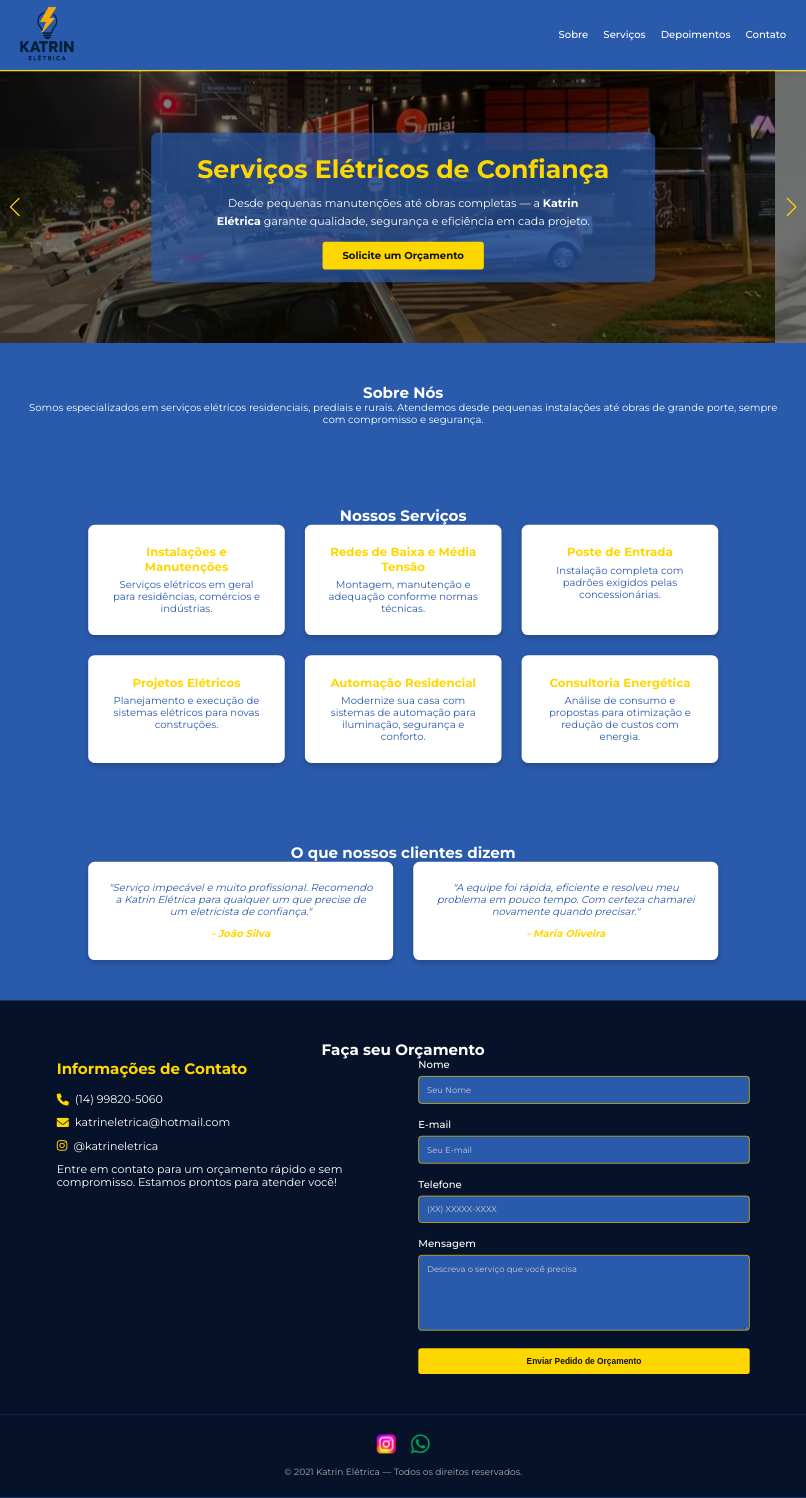
Repository: Jvcamargo1/katrin-site
Page: index.html
An editor plug-in stored every save of this project. The page is shown before and after the next save, followed by the edit.
The browser window is 1280 px wide. The pictures show the whole page, at 63% of full size.

Above is the page before, as saved 2025-11-06 21:30:45.

### index.html
<!DOCTYPE html>
<html lang="pt-BR">
<head>
  <meta charset="UTF-8" />
  <meta name="viewport" content="width=device-width, initial-scale=1.0" />
  <title>Katrin Elétrica | Serviços Elétricos em Geral</title>
  <link rel="stylesheet" href="style.css">
  <link rel="stylesheet" href="https://cdnjs.cloudflare.com/ajax/libs/font-awesome/6.0.0-beta3/css/all.min.css">
  <!-- 1. Adicionar o CSS do Swiper.js -->
  <link rel="stylesheet" href="https://cdn.jsdelivr.net/npm/swiper@11/swiper-bundle.min.css" />
</head>
<body>
  <header>
    <div class="logo">
      <img src="logoke.png" alt="Logo Katrin Elétrica" />
    </div>
    <button class="menu-toggle" id="menu-toggle" aria-label="Abrir menu">
      <span class="bar"></span>
      <span class="bar"></span>
      <span class="bar"></span>
    </button>
    <nav id="nav">
      <a href="#sobre">Sobre</a>
      <a href="#servicos">Serviços</a>
      <a href="#depoimentos">Depoimentos</a>
      <a href="#contato">Contato</a>
    </nav>
  </header>

  <main>
    <section id="hero">
      <!-- Estrutura do Carrossel -->
      <div class="swiper hero-carousel">
        <div class="swiper-wrapper">
          <!-- Slides com imagens de exemplo (substitua pelas suas) -->
          <div class="swiper-slide"><img src="servico-1.jpg" alt="Instalação de quadro elétrico"></div>
          <div class="swiper-slide"><img src="servico-2.jpg" alt="Manutenção em rede de média tensão"></div>
          <div class="swiper-slide"><img src="servico-3.jpg" alt="Projeto de automação residencial"></div>
        </div>
        <!-- Botões de navegação -->
        <div class="swiper-button-next"></div>
        <div class="swiper-button-prev"></div>
      </div>
      <!-- Conteúdo sobreposto -->
      <div class="hero-content">
        <h2>Serviços Elétricos de Confiança</h2>
        <p>Desde pequenas manutenções até obras completas — a <strong>Katrin Elétrica</strong> garante qualidade, segurança e eficiência em cada projeto.</p>
        <a href="#contato" class="cta-button">Solicite um Orçamento</a>
      </div>
    </section>

    <section id="sobre">
      <h2>Sobre Nós</h2>
      <p>Somos especializados em serviços elétricos residenciais, prediais e rurais. Atendemos desde pequenas instalações até obras de grande porte, sempre com compromisso e segurança.</p>
    </section>

    <section id="servicos">
      <h2>Nossos Serviços</h2>
      <div class="servicos ">
        <div class="card hidden">
          <h3>Instalações e Manutenções</h3>
          <p>Serviços elétricos em geral para residências, comércios e indústrias.</p>
        </div>
        <div class="card hidden">
          <h3>Redes de Baixa e Média Tensão</h3>
          <p>Montagem, manutenção e adequação conforme normas técnicas.</p>
        </div>
        <div class="card hidden">
          <h3>Poste de Entrada</h3>
          <p>Instalação completa com padrões exigidos pelas concessionárias.</p>
        </div>
        <div class="card hidden">
          <h3>Projetos Elétricos</h3>
          <p>Planejamento e execução de sistemas elétricos para novas construções.</p>
        </div>
        <div class="card hidden">
          <h3>Automação Residencial</h3>
          <p>Modernize sua casa com sistemas de automação para iluminação, segurança e conforto.</p>
        </div>
        <div class="card hidden">
          <h3>Consultoria Energética</h3>
          <p>Análise de consumo e propostas para otimização e redução de custos com energia.</p>
        </div>
      </div>
    </section>

    <section id="depoimentos">
      <h2>O que nossos clientes dizem</h2>
      <div class="depoimentos">
        <div class="depoimento-card hidden">
          <p>"Serviço impecável e muito profissional. Recomendo a Katrin Elétrica para qualquer um que precise de um eletricista de confiança."</p>
          <p class="autor">- João Silva</p>
        </div>
        <div class="depoimento-card hidden">
          <p>"A equipe foi rápida, eficiente e resolveu meu problema em pouco tempo. Com certeza chamarei novamente quando precisar."</p>
          <p class="autor">- Maria Oliveira</p>
        </div>
      </div>
    </section>

    <section id="contato">
      <h2>Faça seu Orçamento</h2>
      <div class="contato-wrapper">
        <div class="contato-info">
          <h3>Informações de Contato</h3>
          <p><i class="fas fa-phone"></i> <a href="https://wa.me/5514998205060" target="_blank">(14) 99820-5060</a></p>
          <p><i class="fas fa-envelope"></i> <a href="mailto:katrineletrica@hotmail.com">katrineletrica@hotmail.com</a></p>
          <p><i class="fab fa-instagram"></i> <a href="https://instagram.com/katrineletrica" target="_blank">@katrineletrica</a></p>
          <p>Entre em contato para um orçamento rápido e sem compromisso. Estamos prontos para atender você!</p>
        </div>
        <div class="contato-form-wrapper">
          <form class="contato-form" id="contact-form">
            <div class="form-group">
              <label for="nome">Nome</label>
              <input type="text" id="nome" name="nome" placeholder="Seu Nome" required>
            </div>
            <div class="form-group">
              <label for="email">E-mail</label>
              <input type="email" id="email" name="email" placeholder="Seu E-mail" required>
            </div>
            <div class="form-group">
              <label for="telefone">Telefone</label>
              <input type="tel" id="telefone" name="telefone" placeholder="(XX) XXXXX-XXXX">
            </div>
            <div class="form-group">
              <label for="mensagem">Mensagem</label>
              <textarea id="mensagem" name="mensagem" placeholder="Descreva o serviço que você precisa" required></textarea>
            </div>
            <button type="submit" class="cta-button">Enviar Pedido de Orçamento</button>
          </form>
          <p id="form-message"></p>
        </div>
      </div>
    </section>
  </main>

  <footer>
    <div class="social-links">
      <a href="https://instagram.com/katrineletrica" target="_blank"><img src="instalogo.png" alt="Instagram" class="social-icon"></a>
      <a href="https://wa.me/5514998205060" target="_blank"><img src="wpplogov.png" alt="WhatsApp" class="social-icon"></a>
    </div>
    <p id="footer-year">© 2025 Katrin Elétrica — Todos os direitos reservados.</p>
  </footer>

  <!-- 2. Adicionar o JavaScript do Swiper.js -->
  <script src="https://cdn.jsdelivr.net/npm/swiper@11/swiper-bundle.min.js"></script>

  <script>
    const toggle = document.getElementById("menu-toggle");
    const nav = document.getElementById("nav");
    toggle.addEventListener("click", () => nav.classList.toggle("active"));

    const contactForm = document.getElementById('contact-form');
    const formMessage = document.getElementById('form-message');
    const submitButton = contactForm.querySelector('button[type="submit"]');

    contactForm.addEventListener('submit', function (e) {
      e.preventDefault();

      const formData = new FormData(this);
      const data = {
        nome: formData.get('nome'),
        email: formData.get('email'),
        telefone: formData.get('telefone'),
        mensagem: formData.get('mensagem'),
      };

      // Mostra a mensagem de "Enviando..." e desabilita o botão
      formMessage.textContent = 'Enviando...';
      formMessage.style.color = 'var(--amarelo)';
      submitButton.disabled = true;

      // Simula um tempo de espera de 1.5 segundos (como se estivesse enviando)
      setTimeout(() => {
        // Exibe a mensagem de sucesso
        formMessage.textContent = 'Mensagem enviada com sucesso!';
        formMessage.style.color = 'lightgreen';

        // Limpa os campos do formulário
        contactForm.reset();

        // Reabilita o botão após o "envio"
        submitButton.disabled = false;

        // Opcional: faz a mensagem de sucesso desaparecer após 5 segundos
        setTimeout(() => {
          formMessage.textContent = '';
        }, 5000);
      }, 1500);
    });

    // Script para animação de entrada
    const observer = new IntersectionObserver((entries) => {
      entries.forEach((entry) => {
        if (entry.isIntersecting) {
          entry.target.classList.add('visible');
        }
      });
    });

    const hiddenElements = document.querySelectorAll('.hidden');
    hiddenElements.forEach((el) => observer.observe(el));

    // Script para atualizar o ano do rodapé automaticamente
    document.getElementById('footer-year').textContent = `© ${new Date().getFullYear()} Katrin Elétrica — Todos os direitos reservados.`;

    // 3. Inicializar o Swiper.js
    const swiper = new Swiper('.hero-carousel', {
      loop: true, // Faz o carrossel girar em loop
      autoplay: {
        delay: 5000, // Muda de imagem a cada 5 segundos
        disableOnInteraction: false,
      },
      navigation: {
        nextEl: '.swiper-button-next',
        prevEl: '.swiper-button-prev',
      },
    });
  </script>
</body>
</html>

### style.css
@import url('https://fonts.googleapis.com/css2?family=Montserrat:wght@400;500;700&display=swap');

:root {
  --azul: #2a5aab;
  --amarelo: #ffd700;
  --branco: #ffffff;
  --preto: #121212;
}

* { box-sizing: border-box; margin: 0; padding: 0; }

body {
  font-family: 'Montserrat', sans-serif;
  background-color: var(--azul);
  color: var(--branco);
  scroll-behavior: smooth;
}

header {
  display: flex;
  justify-content: space-between;
  align-items: center;
  padding: 0.7rem 2rem;
  background-color: var(--azul);
  border-bottom: 2px solid var(--amarelo);
  position: sticky;
  top: 0;
  box-shadow: 0 2px 10px rgba(0, 0, 0, 0.2);
  z-index: 10;
}

.logo img {
  height: 85px;
  width: auto;
}

nav {
  display: flex;
  align-items: center;
}

nav a {
  color: var(--branco);
  text-decoration: none;
  margin-left: 1.5rem;
  font-weight: 500;
  transition: 0.3s;
}

nav a:hover {
  color: var(--amarelo);
}

.menu-toggle {
  display: none;
  flex-direction: column;
  cursor: pointer;
}

.menu-toggle div {
  width: 25px;
  height: 3px;
  background: var(--amarelo);
  margin: 4px 0;
  transition: 0.3s;
}

@media (max-width: 768px) {
  nav {
    display: none;
    flex-direction: column;
    position: absolute;
    top: 70px;
    right: 0;
    width: 100%;
    background: var(--azul);
    text-align: center;
    padding: 1rem 0;
    border-top: 1px solid var(--amarelo);
  }

  nav.active { display: flex; }

  .menu-toggle { display: flex; }

  nav a { margin: 1rem 0; font-size: 1.1rem; }
}

section { padding: 4rem 2rem; text-align: center; }

#hero {
  position: relative; /* Essencial para o conteúdo sobreposto */
  padding: 0; /* Removemos o padding para o carrossel ocupar tudo */
  height: 60vh; /* Altura da seção hero, ajuste conforme preferir */
  display: flex;
  align-items: center;
  justify-content: center;
  color: var(--branco);
}

.hero-carousel {
  position: absolute;
  top: 0;
  left: 0;
  width: 100%;
  height: 100%;
}

.hero-carousel .swiper-slide img {
  width: 100%;
  height: 100%;
  object-fit: cover; /* Garante que a imagem cubra o slide sem distorcer */
}

/* Adiciona uma sobreposição escura para melhorar a legibilidade do texto */
.hero-carousel::after {
  content: '';
  position: absolute;
  top: 0;
  left: 0;
  width: 100%;
  height: 100%;
  background-color: rgba(0, 0, 0, 0.5); /* Sobreposição preta com 50% de opacidade */
  z-index: 1;
}

.hero-content {
  position: relative; /* Fica acima do carrossel */
  z-index: 2;
  text-align: center;
  padding: 2rem;
  background-color: rgba(42, 90, 171, 0.7); /* Fundo semi-transparente para legibilidade */
  border-radius: 10px;
  max-width: 90%;
  /* Centraliza o conteúdo verticalmente e horizontalmente */
  position: absolute;
  top: 50%;
  left: 50%;
  transform: translate(-50%, -50%);
  width: 90%; /* Garante que não toque as bordas em telas pequenas */
  max-width: 800px; /* Limita a largura do texto para melhor leitura */
}

.hero-content h2 {
  font-size: 2.5rem;
  color: var(--amarelo);
  font-weight: 700;
}

.hero-content p {
  max-width: 600px;
  margin: 1rem auto 2rem;
  font-size: 1.1rem;
  line-height: 1.6;
}

.cta-button {
  background-color: var(--amarelo);
  color: var(--preto);
  padding: 0.8rem 2rem;
  border-radius: 5px;
  text-decoration: none;
  font-weight: 700;
  transition: background-color 0.3s;
}

.cta-button:hover {
  background-color: #ffed4a;
}

/* Estilizando as setas de navegação do Swiper */
.swiper-button-next, .swiper-button-prev {
  color: var(--amarelo) !important;
}
.swiper-button-next:after, .swiper-button-prev:after {
  font-size: 30px !important;
}

.servicos, .depoimentos {
  display: grid;
  grid-template-columns: repeat(auto-fit, minmax(250px, 1fr));
  gap: 2rem;
  max-width: 1000px;
  margin: auto;
}

.card, .depoimento-card {
  background-color: var(--branco);
  color: var(--azul);
  border-radius: 10px;
  padding: 2rem;
  box-shadow: 0 4px 8px rgba(0,0,0,0.2);
  transition: transform 0.3s;
}

.card:hover, .depoimento-card:hover {
  transform: translateY(-10px);
}

.card h3 {
  color: var(--amarelo);
  margin-bottom: 0.5rem;
}

.depoimento-card p {
  font-style: italic;
}

.depoimento-card .autor {
  margin-top: 1rem;
  font-weight: 700;
  color: var(--amarelo);
}

#contato p, #contato a {
  color: var(--branco);
  font-size: 1.1rem;
  text-decoration: none;
}

#contato a:hover { color: var(--amarelo); }

footer {
  background-color: #061229;
  padding: 2rem 1rem;
  text-align: center;
  color: #aaa;
  font-size: 0.9rem;
}

#contato {
  background-color: #061229;
}

.contato-wrapper {
  display: flex;
  gap: 3rem;
  max-width: 1100px;
  margin: auto;
  align-items: flex-start;
}

.contato-info,
.contato-form-wrapper {
  flex: 1;
  text-align: left;
}

.contato-info h3 {
  color: var(--amarelo);
  margin-bottom: 1.5rem;
  font-size: 1.5rem;
}

.contato-info p {
  margin-bottom: 1rem;
  display: flex;
  align-items: center;
  gap: 10px;
}

.contato-info i {
  color: var(--amarelo);
  font-size: 1.2rem;
}

.contato-form .form-group {
  margin-bottom: 1.5rem;
}

.contato-form label {
  display: block;
  margin-bottom: 0.5rem;
  font-weight: 500;
  color: var(--branco);
}

.contato-form input,
.contato-form textarea {
  width: 100%;
  padding: 0.8rem;
  border: 1px solid var(--amarelo);
  border-radius: 5px;
  background-color: var(--azul);
  color: var(--branco);
  font-family: inherit;
}

.contato-form input:focus,
.contato-form textarea:focus {
  outline: none;
  border-color: var(--amarelo);
  box-shadow: 0 0 8px rgba(255, 215, 0, 0.5);
}

.contato-form input::placeholder,
.contato-form textarea::placeholder {
  color: #ccc;
}

.contato-form textarea {
  min-height: 120px;
  resize: vertical;
}

.contato-form .cta-button {
  width: 100%;
  border: none;
  cursor: pointer;
}

.social-links {
  margin-bottom: 1rem;
}

.social-icon {
  width: 30px;
  height: 30px;
  margin: 0 10px;
  transition: transform 0.3s;
}

.social-icon:hover {
  transform: scale(1.1);
}

@media (max-width: 768px) {
  .contato-wrapper {
    flex-direction: column;
  }
}

/* Estilos para animação de entrada */
.hidden {
  opacity: 0;
  transform: translateY(20px);
  transition: opacity 0.6s ease-out, transform 0.6s ease-out;
}

.visible {
  opacity: 1;
  transform: translateY(0);
}

After the next save:
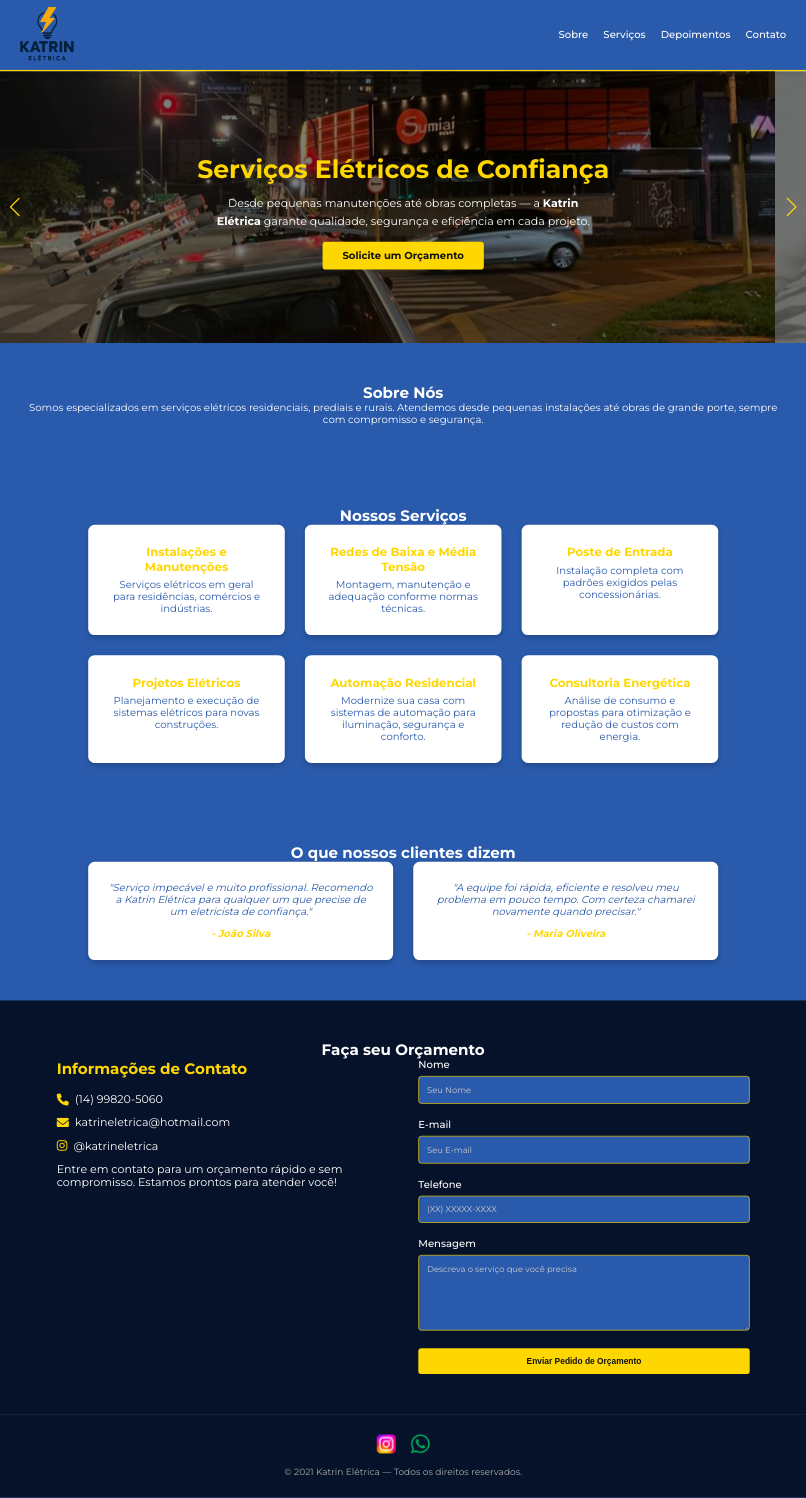
Saved 1 s later.
--- a/style.css
+++ b/style.css
@@ -92,9 +92,6 @@ section { padding: 4rem 2rem; text-align: center; }
   position: relative; /* Essencial para o conteúdo sobreposto */
   padding: 0; /* Removemos o padding para o carrossel ocupar tudo */
   height: 60vh; /* Altura da seção hero, ajuste conforme preferir */
-  display: flex;
-  align-items: center;
-  justify-content: center;
   color: var(--branco);
 }
 
@@ -128,10 +125,6 @@ section { padding: 4rem 2rem; text-align: center; }
   position: relative; /* Fica acima do carrossel */
   z-index: 2;
   text-align: center;
-  padding: 2rem;
-  background-color: rgba(42, 90, 171, 0.7); /* Fundo semi-transparente para legibilidade */
-  border-radius: 10px;
-  max-width: 90%;
   /* Centraliza o conteúdo verticalmente e horizontalmente */
   position: absolute;
   top: 50%;
